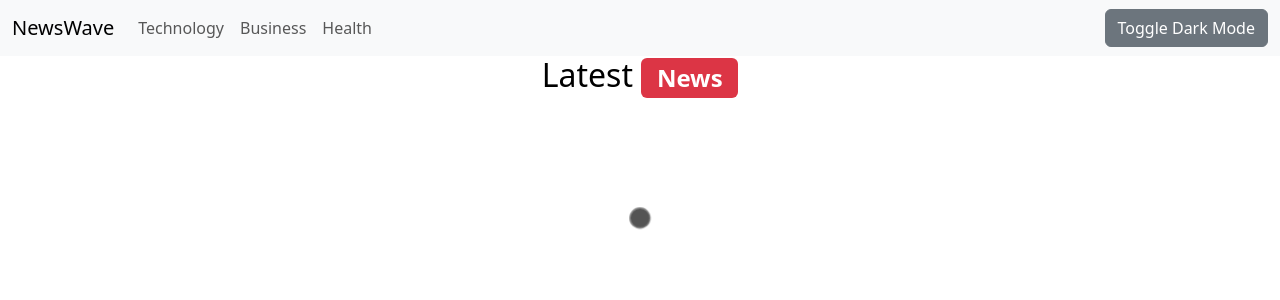
Repository: PranjalTripathi2003/news-wave
Page: /
The author's editor kept a copy of each file at every save. The page is drawn from the files as they stood at one save, then again after the next save.
The browser window is 1280 px wide. The pictures show the whole page.
The page's requests for data from a server got no answer. The project was rebuilt for these pictures with package versions that can differ from the ones it lists, and the page was loaded fresh each time. No one was signed in, and anything a server would have sent is missing. Also part of the build but not shown: vite.config.js, src/styles/NewsItem.css, src/components/NewsItem.jsx.

Above is the page before, as saved 2024-07-26 11:47:01.

After the next save:
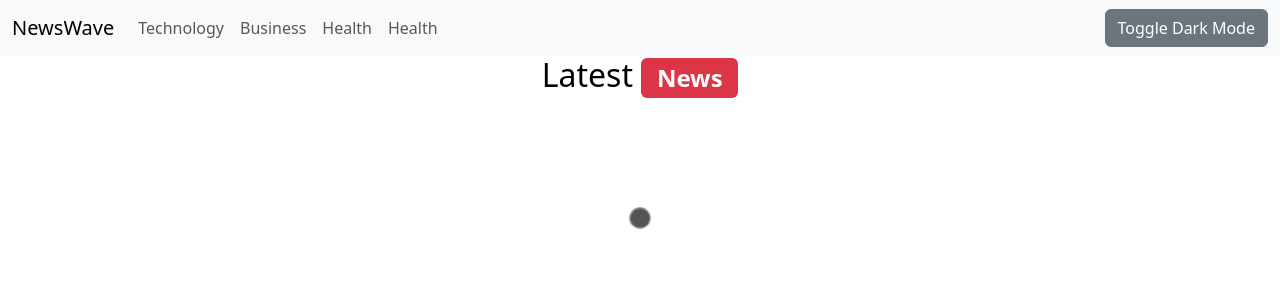
Saved 16 s later.
--- a/src/components/Navbar.jsx
+++ b/src/components/Navbar.jsx
@@ -39,6 +39,14 @@ const Navbar = ({ setCategory, toggleDarkMode }) => {
                 Health
               </div>
             </li>
+            <li className="nav-item">
+              <div
+                className="nav-link"
+                onClick={() => setCategory("health")}
+              >
+                Health
+              </div>
+            </li>
           </ul>
           <button
             className="btn btn-secondary ms-auto"
